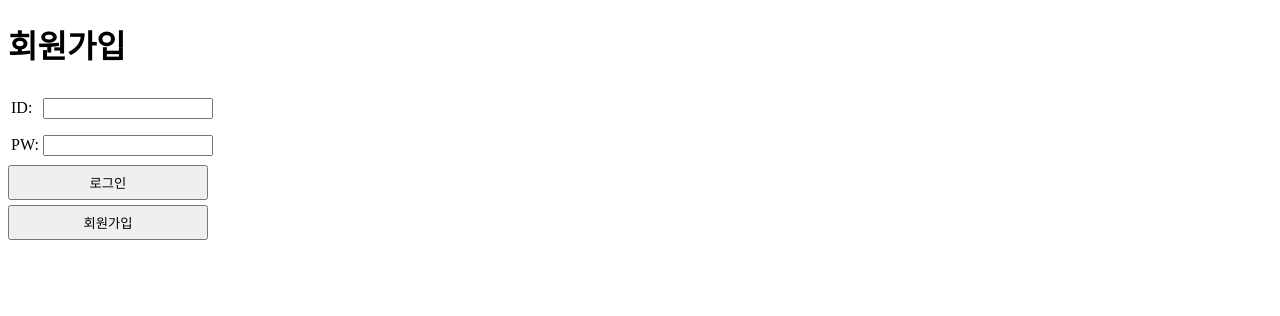
Repository: euniiee/test11
Page: http://localhost/Project/join.jsp
An editor plug-in stored every save of this project. The page is shown before and after the next save, followed by the edit.
The browser window is 1280 px wide. The pictures show the whole page.
The page is served by Tomcat 9. Other server files are loaded and not shown.

Above is the page before, as saved 2023-02-01 01:32:28.

### Project/WebContent/join.jsp
<%@ page language="java" contentType="text/html; charset=UTF-8"
    pageEncoding="UTF-8"%>
<!DOCTYPE html>
<html>
<head>
<meta charset="UTF-8">
<title>Insert title here</title>
</head>
<body>
	<form style="width:200px">
		<h1>회원가입</h1>
		<table>
			<tr style="height:35px;">
				<td>ID:</td>
				<td><input style="width:100%;"type="text" class="id" name="id"  required></td>
			</tr>
			<tr  style="height:35px;">
				<td>PW:</td>
				<td><input style="width:100%;" type="password" class="pw" name="pw" required></td>
			</tr>
		</table>
			<input class="login" type="submit" value="로그인" style="width:100%;  height:35px; margin-bottom:5px"><br>
			<input class="join" type="submit" value="회원가입" style="width:100%; height:35px "><br>
	</form>
</body>
</html>

After the next save:
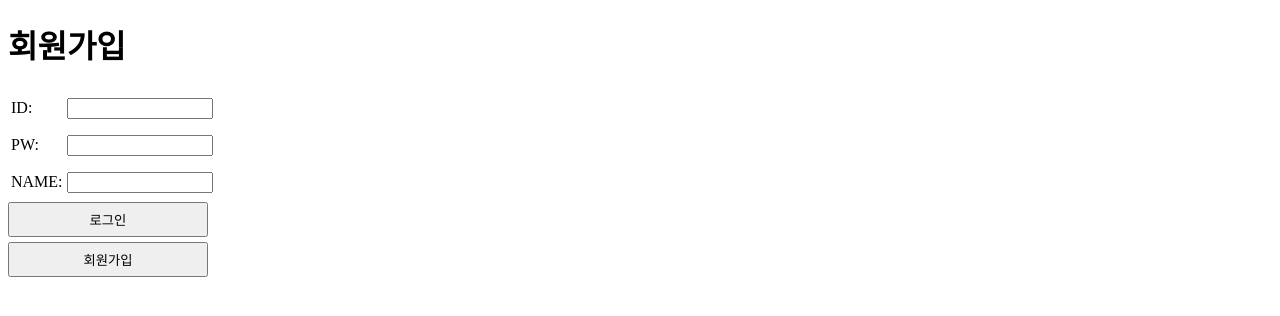
Saved 14 s later.
--- a/Project/WebContent/join.jsp
+++ b/Project/WebContent/join.jsp
@@ -18,6 +18,10 @@
 				<td>PW:</td>
 				<td><input style="width:100%;" type="password" class="pw" name="pw" required></td>
 			</tr>
+				<tr  style="height:35px;">
+				<td>NAME:</td>
+				<td><input style="width:100%;" type="password" class="pw" name="pw" required></td>
+			</tr>
 		</table>
 			<input class="login" type="submit" value="로그인" style="width:100%;  height:35px; margin-bottom:5px"><br>
 			<input class="join" type="submit" value="회원가입" style="width:100%; height:35px "><br>
